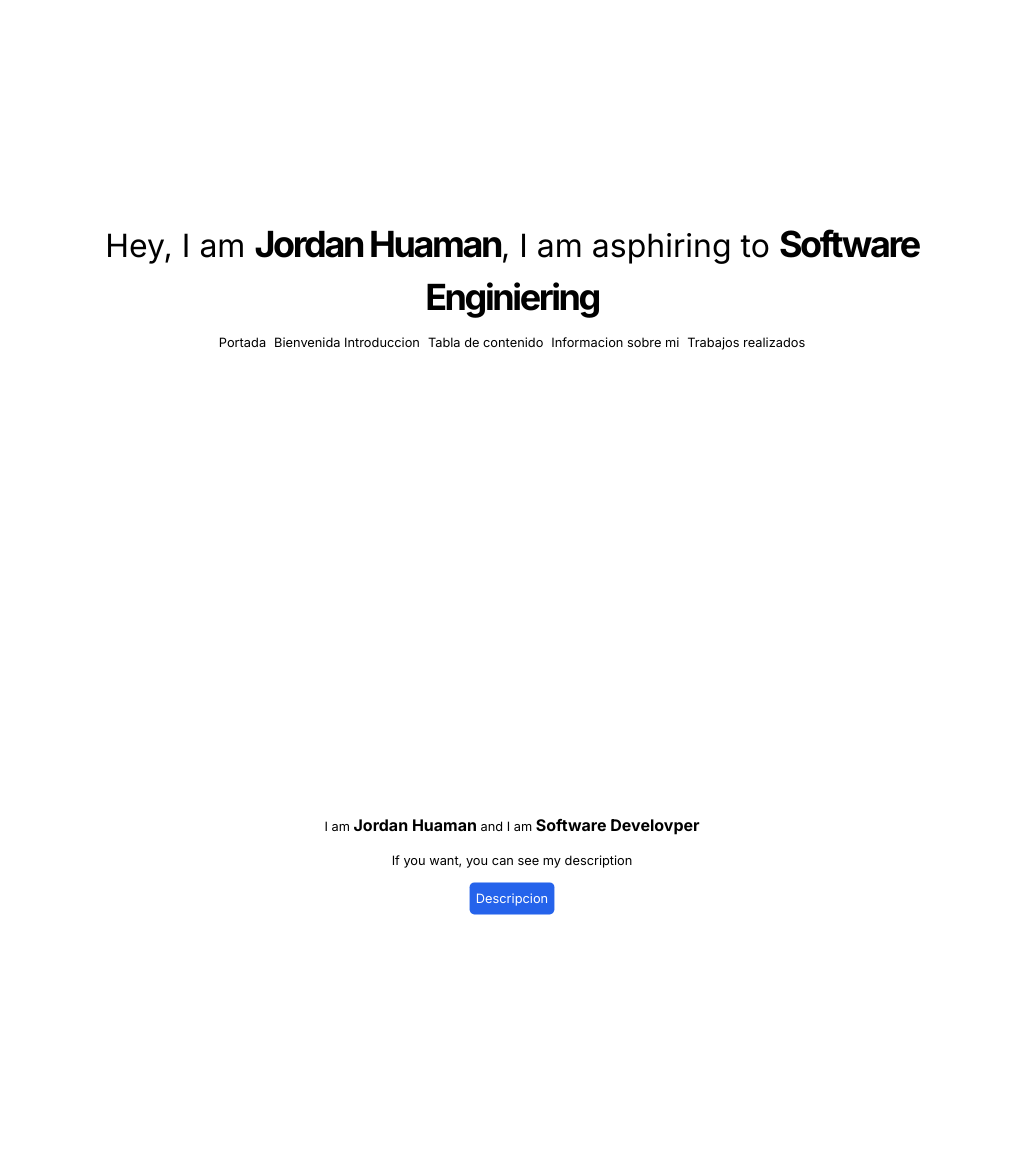
Repository: devsecops-node/portafolio-nextj-pages
Page: /
An editor plug-in stored every save of this project. The page is shown before and after the next save, followed by the edit.
The browser window is 1280 px wide. The pictures show the whole page, at 80% of full size.
The project was rebuilt for these pictures with package versions that can differ from the ones it lists, and the page was loaded fresh each time. The framework's server and built-in components were replaced by stand-ins that run in the browser. Also part of the build but not shown: next.config.js, src/components/Modal.jsx, src/styles/transitionPage.module.css.

Above is the page before, as saved 2024-01-15 04:19:56.

### src/app/page.js
"use client"
import Dashboard from '@/components/Dashboard'
import Transition from '@/components/Transition'
import Image from 'next/image'
import { useEffect, useState } from 'react'

export default function Home() {
  const [showAnimation, setShowAnimation] = useState(true)

  useEffect(() => {
    console.log('Ejecutando')
    setTimeout(() => {
      setShowAnimation(false)
    }, 2000)
  }, [])
  return (
    <main className='h-[100vh]'>
      {showAnimation ? <Transition /> : <Dashboard />}
    </main>
  )
}

### src/components/Dashboard.jsx
import React from 'react'
import stles from "@/styles/dashboard.module.css"
import Portada from './Portada'
import { useRef } from 'react'

const Dashboard = () => {
  const portada = useRef(null)

  const scrollToPortada = () => {
    const portada = document.getElementById('portada')

    if (portada) {
      console.log('ejecutando id')
      portada.scrollIntoView({ behavior: 'smooth' })
    }
  }
  return (
    <section className={stles.home_view}>
      <div className='h-screen flex justify-center items-center flex-col'>
        <div className={stles.home_view_principal}>
          <p className={stles.animar_text} id='detec'> Hey, I am <span className="animacion-bolder">Jordan
            Huaman</span>, I am asphiring to <span className={stles.detect}>Software Enginiering</span>
          </p>
        </div>
        <div className={stles.home_view_links}>
          <a onClick={scrollToPortada} className={stles.animar_abajo}>
            <p>Portada</p>
          </a>
          <a href="" className={stles.animar_abajo}>
            <p>Bienvenida Introduccion</p>
          </a>
          <a href="" className={stles.animar_arriba}>
            <p>Tabla de contenido</p>
          </a><a href="" className={stles.animar_arriba}>
            <p>Informacion sobre mi</p>
          </a>
          <a href="" className={stles.animar_abajo}>
            <p>Trabajos realizados</p>
          </a>

        </div>
        <div>
        </div>
      </div>
      <div id='portada'>
        <Portada />
      </div>
    </section>
  )
}

export default Dashboard

### src/components/Transition.jsx
import React from 'react'
import styles from "@/styles/transitionPage.module.css"

const Transition = () => {
  return (
    <div className={styles.home}>
      <main className=''>
        <p className={styles.text_1}>Jh</p>
        <p className={styles.text_2}>Jordan Huaman - Porfolio</p>
      </main>
      <footer>
        <p className={styles.text_3}>Software Engineerin - 2024</p>
      </footer>
    </div>
  )
}

export default Transition

### src/styles/dashboard.module.css
/* ? Home-view part */
.home_view {
  height: 100%;
}

.animar_text {
  animation: apper-2 2s;
  -webkit-animation: apper-2 2s;
}

.home_view_principal {
  width: 90%;
  margin: 0 auto;
}

.home_view_principal p {
  text-align: center;
  font-size: 40px;
}

.home_view_principal p span {
  font-size: 45px;
  letter-spacing: -3px;
  font-weight: bold;
}

.home_view_principal p span:hover .child {
  background-color: red;
}

@keyframes apper-2 {
  0% {
    opacity: 0;
    transform: translateY(-200px);
    -webkit-transform: translateY(-200px);
    -moz-transform: translateY(-200px);
    -ms-transform: translateY(-200px);
    -o-transform: translateY(-200px);
  }

  50% {
    opacity: 1;
    transform: translateY(-20px);
    -webkit-transform: translateY(-20px);
    -moz-transform: translateY(-20px);
    -ms-transform: translateY(-20px);
    -o-transform: translateY(-20px);
  }

  100% {
    opacity: 1;
    transform: translateY(0px);
    -webkit-transform: translateY(0px);
    -moz-transform: translateY(0px);
    -ms-transform: translateY(0px);
    -o-transform: translateY(0px);
  }
}

.home_view_links {
  display: flex;
  padding: 10px;
  justify-content: space-between;
  gap: 10px;
}

/* Line aniamtion */
.line-animation {
  display: inline;
  cursor: pointer;
  position: relative;
  /* padding: 5px; */
}

.line-animation::after {
  /* margin-top: 10px; */
  content: "";
  position: absolute;
  width: 100%;
  height: 3px;
  top: auto;
  bottom: 14px;
  left: -4px;
  transform: scaleX(0);
  box-shadow: 0 5px 0 black;
  transform-origin: bottom right;
  transition: transform 0.5s ease-out;
}

.line-animation:hover:after {
  transform: scaleX(1);
  transform-origin: bottom left;
}

.animacion-bolder {
  animation: animar-bold 2s linear alternate slidein;
  -webkit-animation: animar-bold 2s linear alternate slidein;
}

.animar_arriba{
  animation: apper-arriba 2s;
  -webkit-animation: apper-arriba 2s;
}
.animar_abajo{
  cursor: pointer;
  animation: apper-abajo 2s;
  -webkit-animation: apper-abajo 2s;

}

@keyframes apper-arriba {
  0% {
    opacity: 0;
    transform: translateY(200px);
    -webkit-transform: translateY(200px);
    -moz-transform: translateY(200px);
    -ms-transform: translateY(200px);
    -o-transform: translateY(200px);
}

  50% {
    opacity: 1;
    transform: translateY(-20px);
    -webkit-transform: translateY(-20px);
    -moz-transform: translateY(-20px);
    -ms-transform: translateY(-20px);
    -o-transform: translateY(-20px);
  }

  100% {
    opacity: 1;
    transform: translateY(0px);
    -webkit-transform: translateY(0px);
    -moz-transform: translateY(0px);
    -ms-transform: translateY(0px);
    -o-transform: translateY(0px);
  }
}
@keyframes apper-abajo {
  0% {
    opacity: 0;
    transform: translateY(-200px);
    -webkit-transform: translateY(-200px);
    -moz-transform: translateY(-200px);
    -ms-transform: translateY(-200px);
    -o-transform: translateY(-200px);
}

  50% {
    opacity: 1;
    transform: translateY(-20px);
    -webkit-transform: translateY(-20px);
    -moz-transform: translateY(-20px);
    -ms-transform: translateY(-20px);
    -o-transform: translateY(-20px);
  }

  100% {
    opacity: 1;
    transform: translateY(0px);
    -webkit-transform: translateY(0px);
    -moz-transform: translateY(0px);
    -ms-transform: translateY(0px);
    -o-transform: translateY(0px);
  }
}

@keyframes animar-bold {
  0% {
    opacity: 0;
  }

  100% {
    opacity: 1;
  }
}

### src/components/Portada.jsx
import React, { useState } from 'react'
import Modal from './Modal'

const Portada = () => {
  const [modal, setModal] = useState(false)
  const showModal = () => {
    setModal(true)
  }
  const closeModal = () => {
    setModal(false)
  }

  return (
    <div className='h-screen flex justify-center items-center relative'>
      <section className='flex justify-center flex-col items-center gap-4'>
        <p>I am <span className='text-[20px] font-bold'>Jordan Huaman</span> and I am <span className='text-[20px] font-bold'>Software Develovper</span></p>
        <p>If you want, you can see my description</p>
        <button onClick={showModal} className='bg-blue-600 p-2 rounded-md text-white hover:scale-105 duration-150 ease-in-out'>Descripcion</button>
        {modal ? <Modal setModal={closeModal} /> : <></>}
      </section>
    </div>
  )
}

export default Portada

Loaded but not shown: src/app/layout.js (common file); src/app/globals.css (common file); tailwind.config.js (common file)

After the next save:
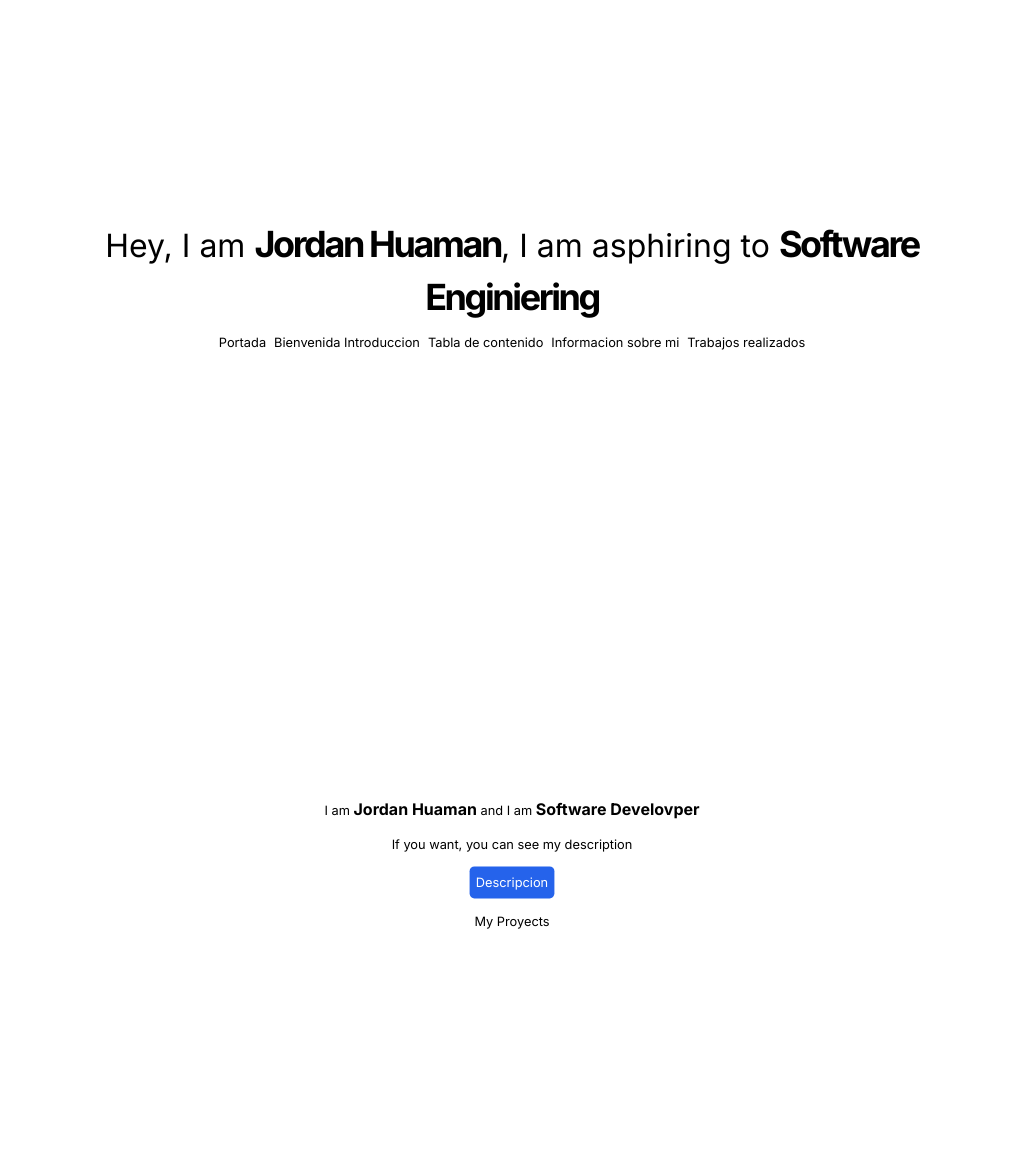
Saved 23 s later.
--- a/src/components/Portada.jsx
+++ b/src/components/Portada.jsx
@@ -17,6 +17,7 @@ const Portada = () => {
         <p>If you want, you can see my description</p>
         <button onClick={showModal} className='bg-blue-600 p-2 rounded-md text-white hover:scale-105 duration-150 ease-in-out'>Descripcion</button>
         {modal ? <Modal setModal={closeModal} /> : <></>}
+        <p className=''>My Proyects</p>
       </section>
     </div>
   )
